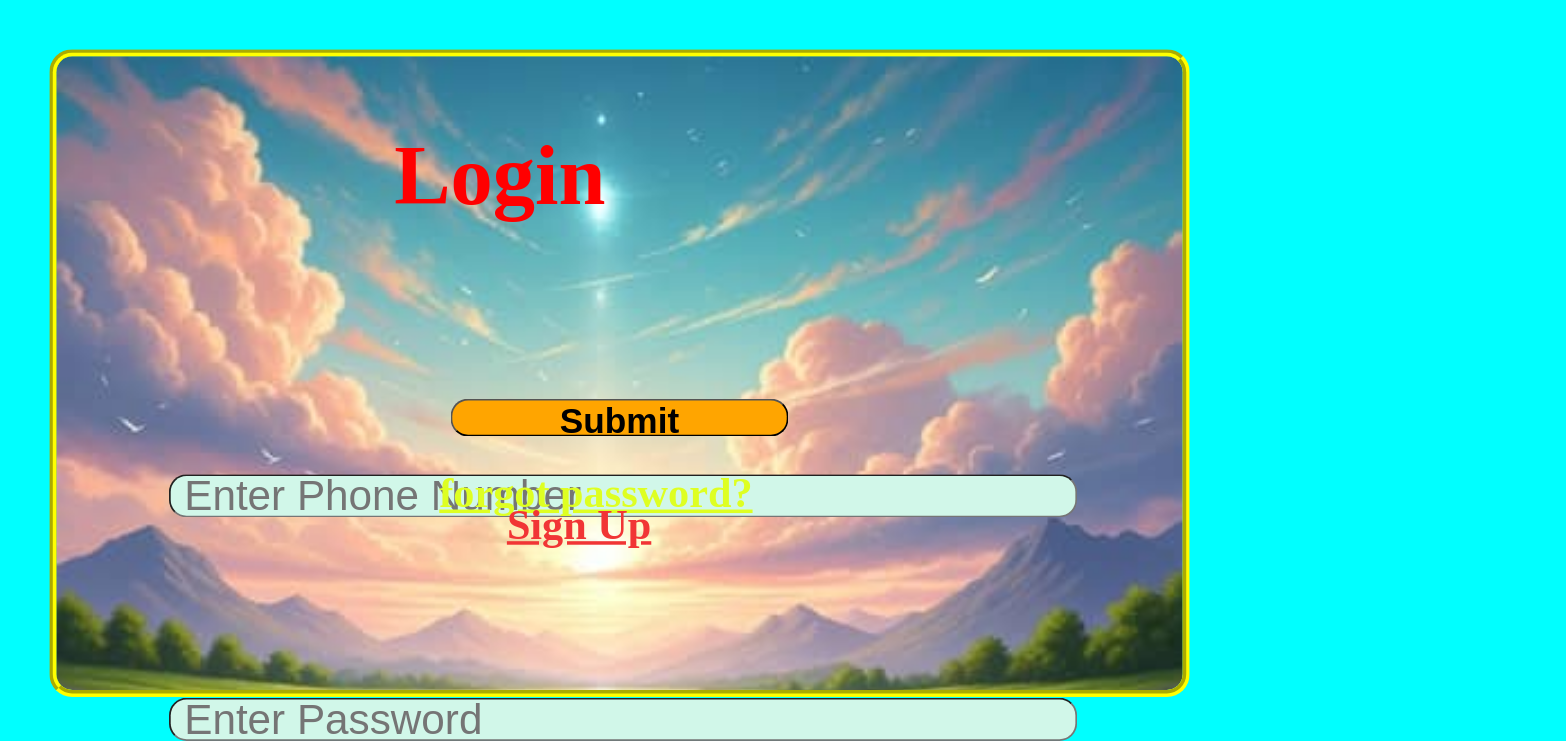
Repository: Amani-Kibet/express-app-web
Page: pages/signup/login.html
These files come from the project's save history. The page is drawn as it stood at one moment and after the next save; the edit follows.
The browser window is 1280 px wide. The page is 1728 px wide, then 1779 px, so the pictures cover 1779 px, including what lies to the right of the window. The pictures show the whole page, at 88% of full size.

Above is the page before, as saved 2025-09-28 16:36:00.

### pages/signup/login.html
<!DOCTYPE html>
<head>
  <title> Login Page</title>
  <style>
    #board{
      background: url(/pictures/p1.png);
      background-size: cover;
      width: 100vw;
      height: 100vh;
      border-radius: 18px;
      outline: 8px groove yellow;
      position: absolute;
      top: 4rem;
      left: 4rem;
    }
    h2{
      color: red;
      position: relative;
      left: 30%;
      font-size: 6rem
    }
    .inputs{
      width: 80%;
      height: 6%;
      position: relative;
      left: 10%;
      margin-top: 16%;
      border-radius: 20px;
      color: blue;
      font-size: 3em;
      background-color: rgb(209, 247, 233);
    }
    #submit{
      background: orange;
      position: absolute;
      width: 30%;
      height: 6%;
      top: 54%;
      left: 35%;
      border-radius: 20px;
      font-size: 2.5em;
      font-weight: bold;
    }
    .links{
      position: absolute;
      font-weight: 800;
      font-size: 3em;
      color: yellow;
    }
  #link1{
    top: 65%;
    left: 34%;
    color:rgb(222, 255, 34)
  }
  #link2{
    top: 70%;
    left: 40%;
    color:rgb(241, 53, 53);
  }
  #msg{
    background: lightblue;
    width: 70%;
    height: 50%;
    border-radius: 10px;
    position: absolute;
    bottom: 30%;
    left: 15%;
    outline: 4px groove yellow;
    display: none;
  }
  .prog{
    border-radius: 100%;
    position: absolute;
    top: 4%;
    left: 4%;
    outline: 20px groove yellow;
    font-size: 8em;
  }
  #prog2{
      transform: rotateY(90deg)
  }
  #progC{
    transform-style: preserve-3d;
    animation: spin 4s ease-in-out infinite;
  }
  #msgT{
    position: relative;
    top: 36%;
    left: 10%;
    color: blue;
    font-weight: bold;
    font-size: 4em;
    width: 80%;
    height: 20%;
  }
  #loginT{
    position: relative;
    top: 20%;
    left: 12%;
    color: rgb(255, 60, 0);
    font-weight: 500;
    font-size: 5em;
    width: 80%;
    height: 25%;
  }
  @keyframes spin{
    0%{transform: rotateY(0deg) rotateX(0deg) translateX(0px)}
    50%{transform: rotateY(360deg) rotateX(60deg) translateX(50px)}
    100%{transform: rotateY(0deg) rotateX(0deg) translateX(0px)}
  }
  </style>
</head>
<body bgColor="cyan">
  <div id="board">
    <h2>Login</h2>
    <input type="number" class="inputs" id="phoneI" placeholder=" Enter Phone Number">
    <input type="password" class="inputs" id="passI" placeholder=" Enter Password">
  <button id="submit" onclick="f1()">Submit</button>
  <a id="link1" class="links" href="http:localhost:3000">forgot password?<a>
    <a class="links" id="link2" href="/pages/signup/signIn.html">Sign Up</a>
    <div id="msg">
      <div id="progC">
        <div id="prog1" class="prog">🔴</div>
      <div id="prog2" class="prog">🟢</div>
      </div>
      <p id="loginT">Logging in...</p>
      <h3 id="msgT">No text returned</h3>
    </div>
  </div>
</body>
<script>
  let bt1= document.getElementById("submit")
  let msgT= document.getElementById("msgT")
  let msg= document.getElementById("msg")
  let phoneC= document.getElementById("phoneI");
  let passC= document.getElementById("passI")

function f1(){
  let phoneI= document.getElementById("phoneI").value;
  let passI= document.getElementById("passI").value;

  fetch("/path4",{
    method: "POST",
    headers: {"Content-Type":"application/json"},
    body: JSON.stringify({phone: `${phoneI}`, pass: `${passI}`})
  })
  .then(type=> type.json())
  .then(data=>{
    if(data.name=="Null"){
      phoneC.style.color="red";
      phoneC.type="text";
      phoneC.value+=" Is Not Found";

      setTimeout(()=>{
        phoneC.style.color="blue";
        phoneC.type="number";
      }, 5000);
    } else
    {
      msg.style.display="block";
      msgT.innerHTML=`Welcome Back ${data.name}!`;
      setTimeout(()=>{
        msg.style.display="none";
        window.location.href="/pages/contents/profile.html"
      }, 8000);
    }
  });
  console.log(x.split(" "))
}
</script>
</html>

After the next save:
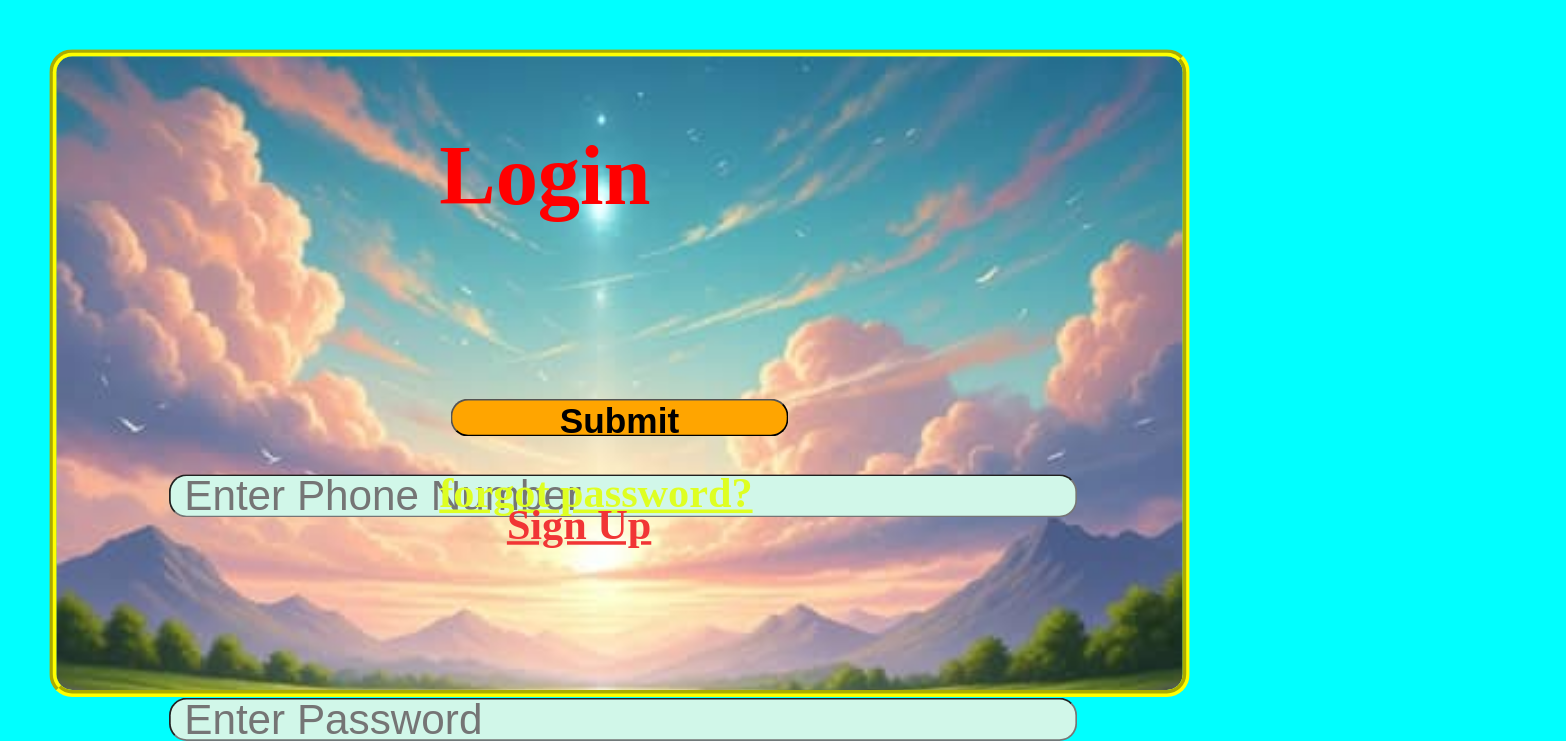
Saved 49 s later.
--- a/pages/signup/login.html
+++ b/pages/signup/login.html
@@ -16,7 +16,7 @@
     h2{
       color: red;
       position: relative;
-      left: 30%;
+      left: 34%;
       font-size: 6rem
     }
     .inputs{
